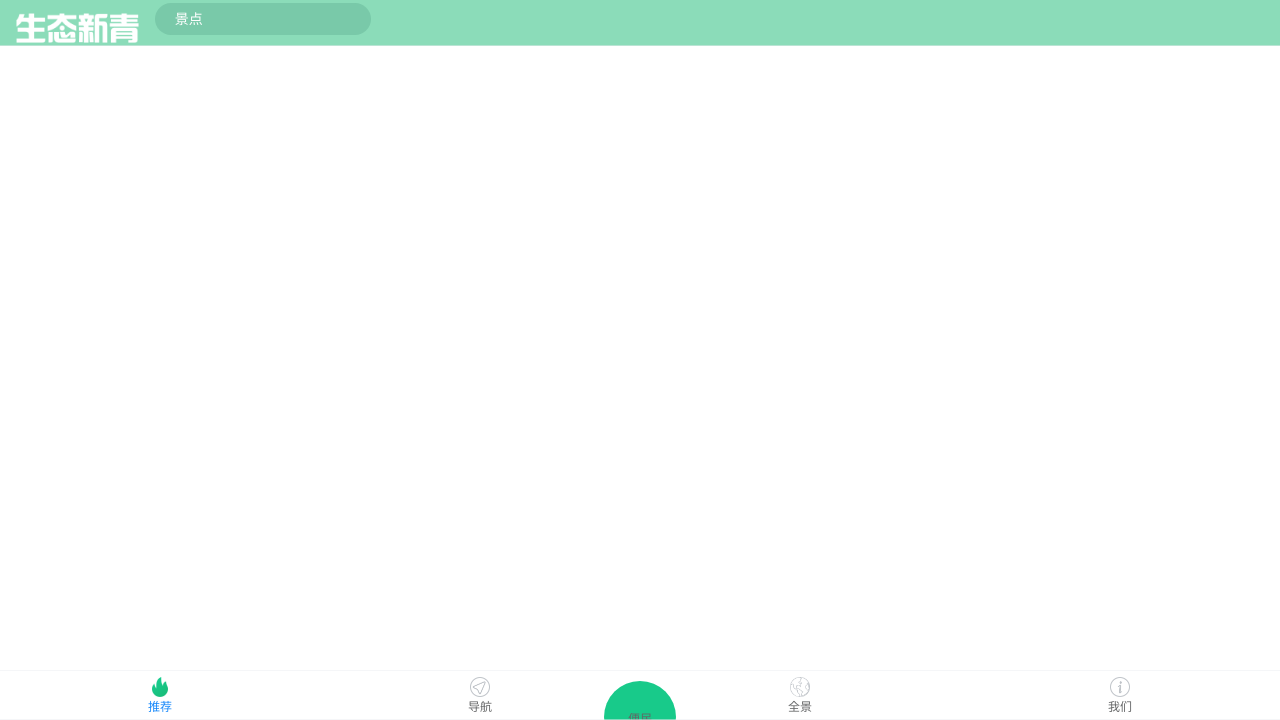
Repository: huye123/stcq
Page: /
An editor plug-in stored every save of this project. The page is shown before and after the next save, followed by the edit.
The browser window is 1280 px wide. The pictures show the whole page.
The project was rebuilt for these pictures with package versions that can differ from the ones it lists, and the page was loaded fresh each time. Also part of the build but not shown: src/components/search.vue.

Above is the page before, as saved 2019-06-28 16:37:28.

After the next save:
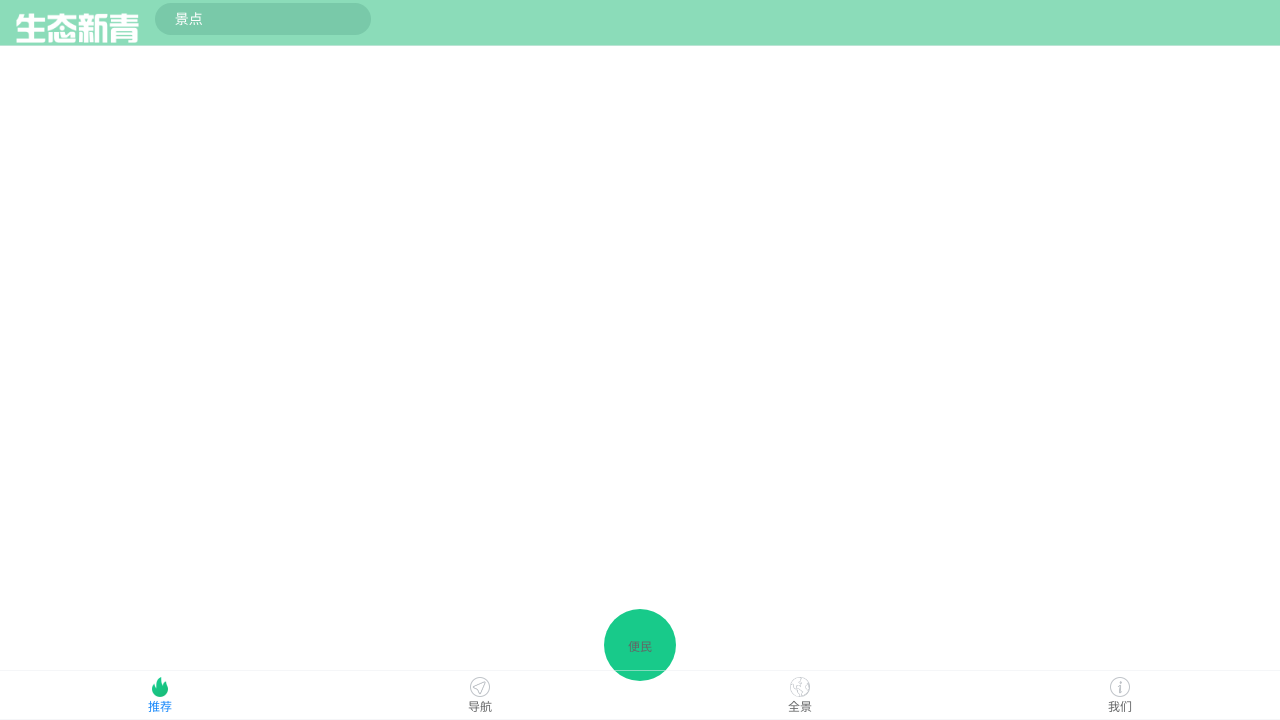
Saved 10 s later.
--- a/src/App.vue
+++ b/src/App.vue
@@ -85,7 +85,7 @@ export default {
     height: 72px;
     width: 72px;
     position: absolute;
-    top:  calc(-50% + 36px);
+    top:  calc(-50% - 36px);
     left: calc(50% - 36px);
 
 }
